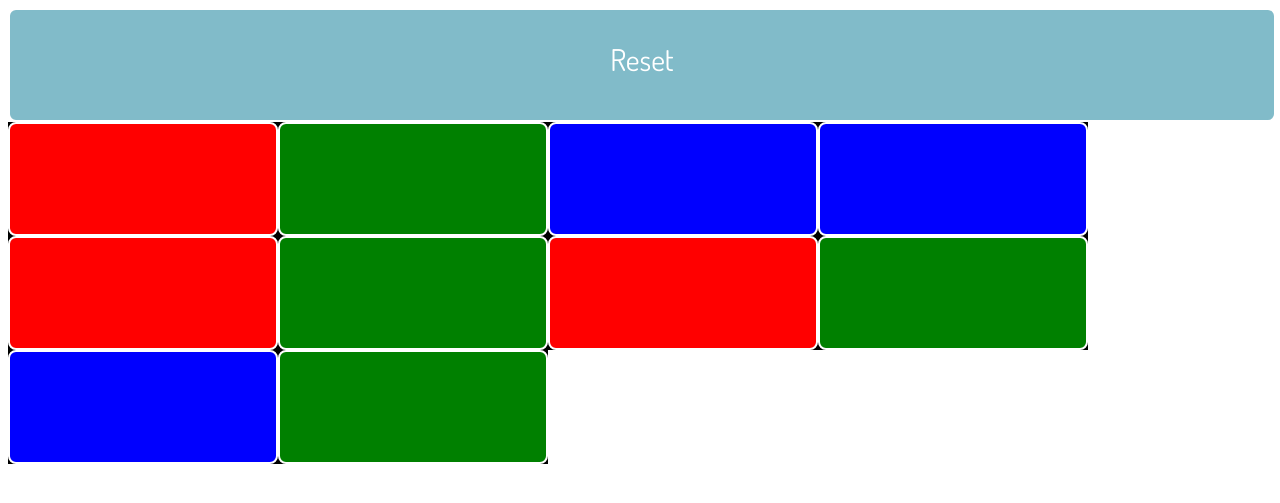
Repository: irinatu17/jQuery-traversing-button
Page: button.html
The author's editor kept a record of every edit. The page is drawn from the files as they stood at one moment, then again after the next edit.
The browser window is 1280 px wide. The pictures show the whole page.
After loading, the first visible `div.theButton` was clicked once.
Some web libraries are served in a nearby version.

Above is the page before.

After the next edit:
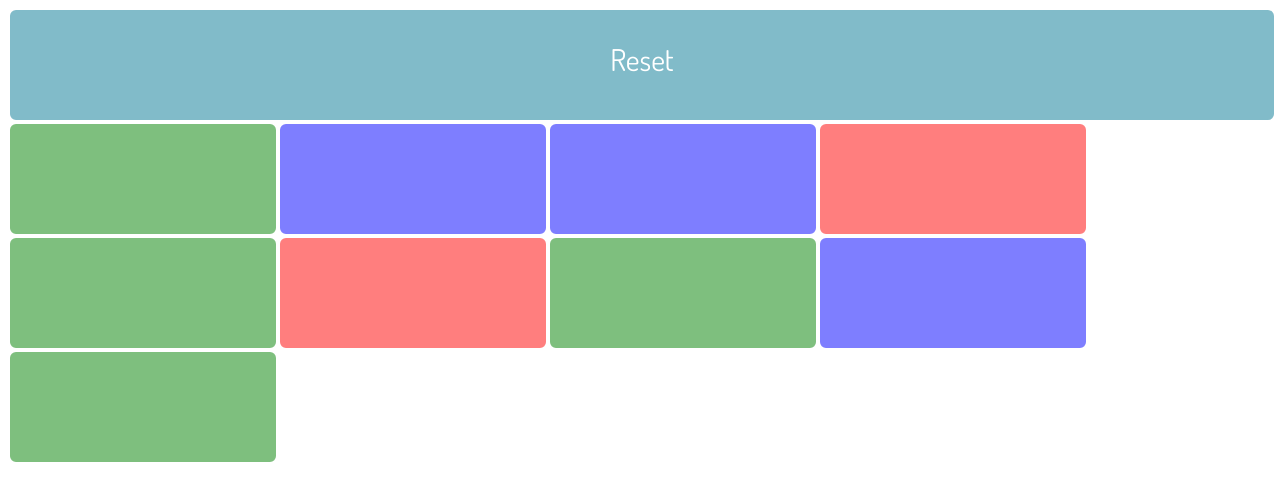
The edit:
--- a/js/script.js
+++ b/js/script.js
@@ -1,10 +1,41 @@
 $(document).ready(function(){
- // put your code here
 
-   $(".superButton").click(function(){
-  $("#panel .container").fadeTo("slow", 1);
+//will need to comment out some code when trying to view effects on theeir own
+
+
+ //hides all panels when a panel is clicked
+$(".theButton").click(function(){
+  $("#panel .container").siblings().hide();
+   })
+
+
+//hides only the panel that was clicked
+  $(".theButton").click(function(){
+  $(this).hide();
+   })
+
+//adds  a fadeTo to all panels when a panel is clicked
+$(".theButton").click(function(){
+	$  ("#panel .container").siblings().fadeTo(1000, .5);
    });
-   $(".theButton").click(function(){
-  $("#panel .container").siblings().css("background-color", "black");
+
+
+//restores all panels to full opacity when reset button clicked
+$(".superButton").click(function(){
+	$("#panel .container").siblings().fadeTo(1000,1);
    });
-})
+
+//turns panel background black on mouseenter
+$(".theButton").mouseenter(function(){
+	$(this).addClass("makeBlack");
+   });
+
+ //returns to original colour on mouseout
+$(".theButton").mouseout(function(){
+	$(this).removeClass("makeBlack");
+   });
+
+
+
+
+});

After the 2 edits that followed:
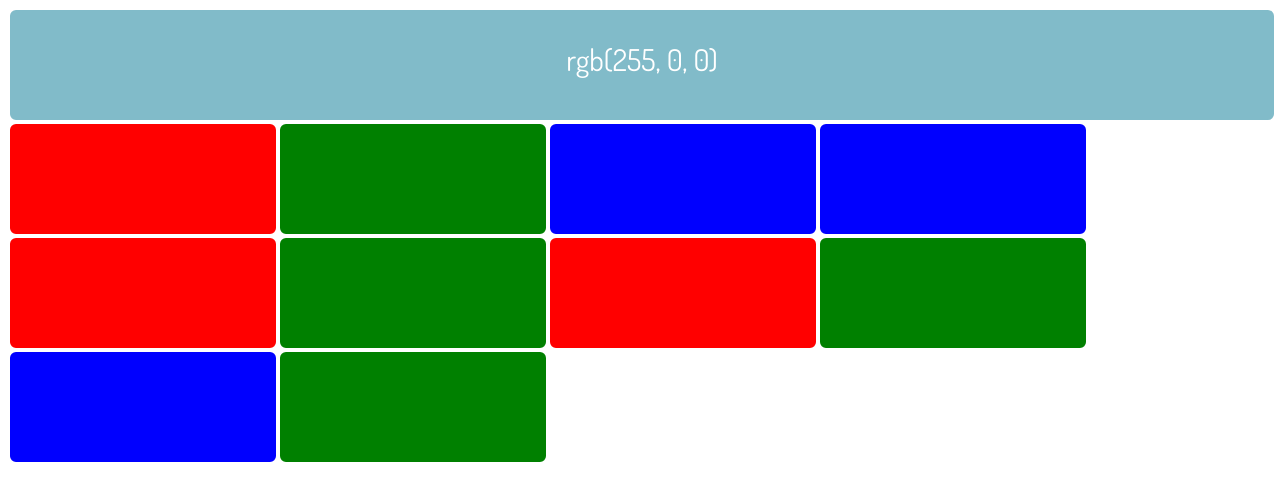
The 2 edits are shown as one change because 1 left the picture as it was.
The edit:
--- a/js/script.js
+++ b/js/script.js
@@ -1,41 +1,9 @@
 $(document).ready(function(){
 
-//will need to comment out some code when trying to view effects on theeir own
 
+ $(".theButton").click(function(){
+    var col = $(this).css('background-color');
+  $('.superButton').text( col);
 
- //hides all panels when a panel is clicked
-$(".theButton").click(function(){
-  $("#panel .container").siblings().hide();
-   })
-
-
-//hides only the panel that was clicked
-  $(".theButton").click(function(){
-  $(this).hide();
-   })
-
-//adds  a fadeTo to all panels when a panel is clicked
-$(".theButton").click(function(){
-	$  ("#panel .container").siblings().fadeTo(1000, .5);
    });
-
-
-//restores all panels to full opacity when reset button clicked
-$(".superButton").click(function(){
-	$("#panel .container").siblings().fadeTo(1000,1);
-   });
-
-//turns panel background black on mouseenter
-$(".theButton").mouseenter(function(){
-	$(this).addClass("makeBlack");
-   });
-
- //returns to original colour on mouseout
-$(".theButton").mouseout(function(){
-	$(this).removeClass("makeBlack");
-   });
-
-
-
-
 });
